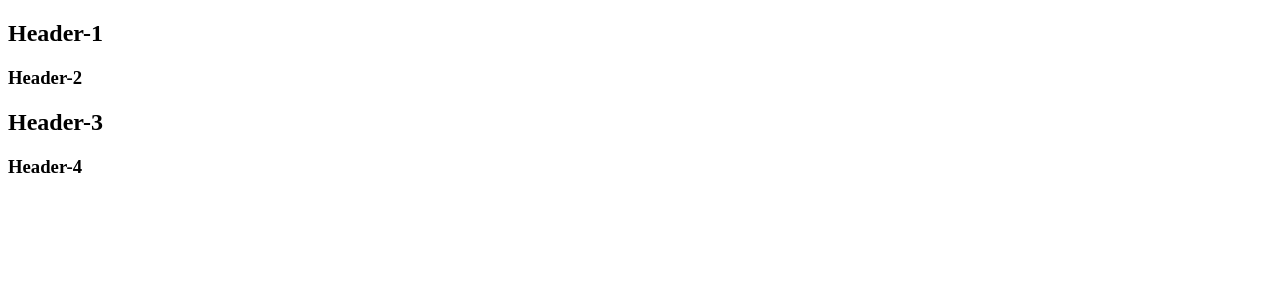
Repository: KYJIN1024/kic_jquery
Page: http://localhost/JQueryEx01/jquery05.jsp
An editor plug-in stored every save of this project. The page is shown before and after the next save, followed by the edit.
The browser window is 1280 px wide. The pictures show the whole page.
The page is served by Tomcat 9.

Above is the page before, as saved 2023-05-15 06:22:41.

### JQueryEx01/src/main/webapp/jquery05.jsp
<%@ page language="java" contentType="text/html; charset=UTF-8"
    pageEncoding="UTF-8"%>
<!DOCTYPE html>
<html>
<head>
<meta charset="UTF-8">
<title>Insert title here</title>


<script src="https://ajax.googleapis.com/ajax/libs/jquery/3.6.4/jquery.min.js"></script>
<script>
	// window.jquery => jquery => $ (축약된표현)
	$( document ).ready(function(){
		// 아이디
		$( '#i1, #i3' ).css( 'color', 'red' );
	});


</script>

</head>
<body>

<h2 class="c1">Header-1 </h2>
<h3 class="c1">Header-2 </h2>
<h2 class="c2">Header-3 </h2>
<h3 class="c2">Header-4 </h2>


</body>
</html>

After the next save:
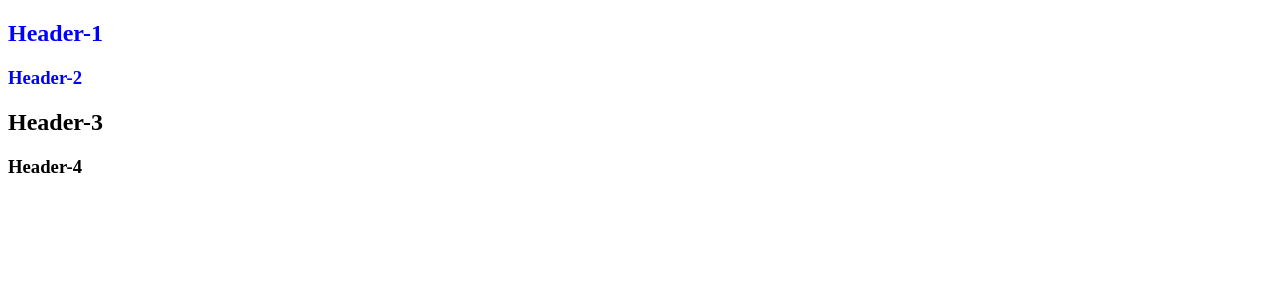
Saved 35 s later.
--- a/JQueryEx01/src/main/webapp/jquery05.jsp
+++ b/JQueryEx01/src/main/webapp/jquery05.jsp
@@ -11,8 +11,7 @@
 <script>
 	// window.jquery => jquery => $ (축약된표현)
 	$( document ).ready(function(){
-		// 아이디
-		$( '#i1, #i3' ).css( 'color', 'red' );
+		$('.c1').css('color', 'blue' );
 	});
 
 
